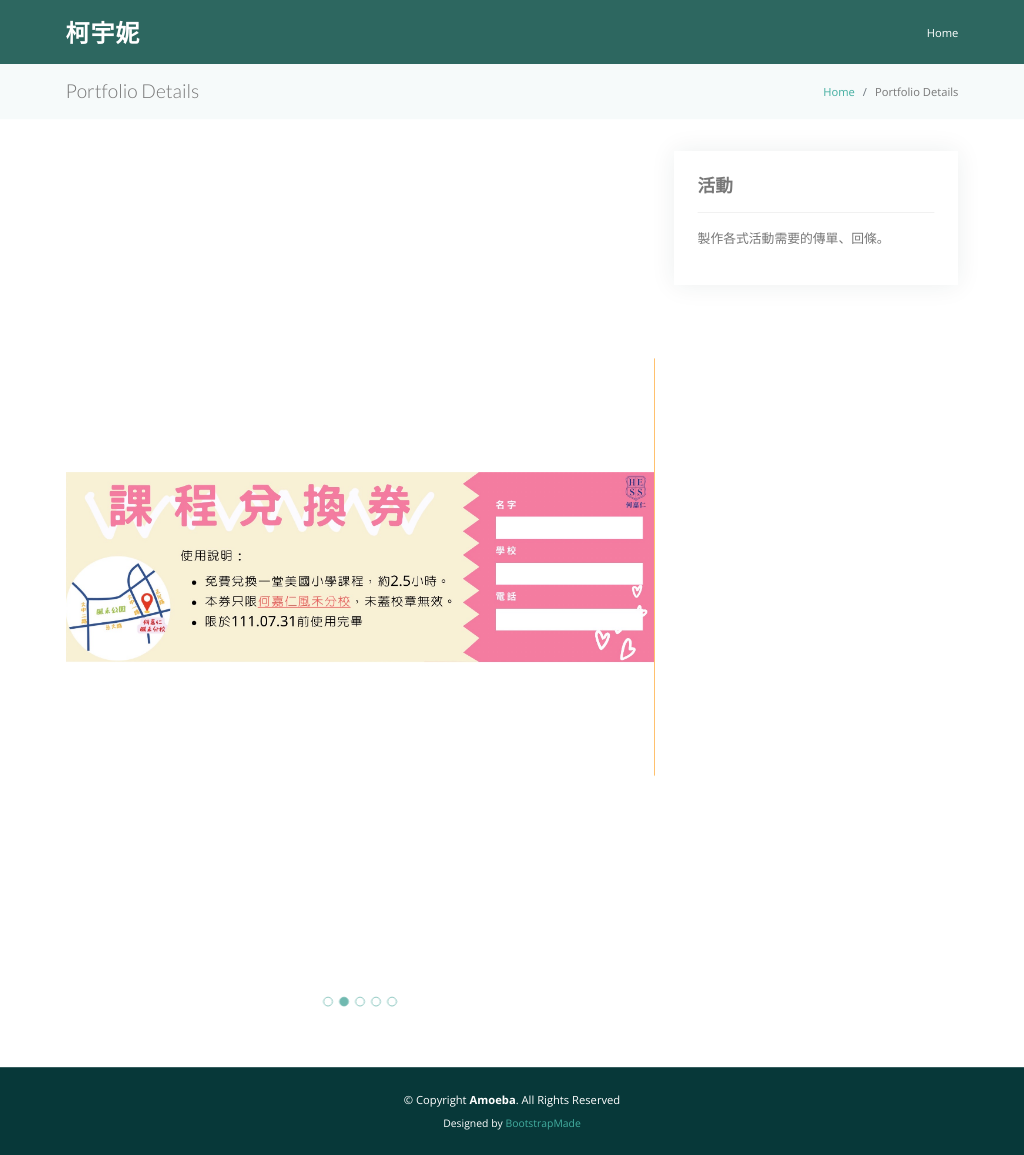
Repository: ajhddk/ajhddk.github.io
Page: portfolio-details-A.html
The author's editor kept a copy of each file at every save. The page is drawn from the files as they stood at one save, then again after the next save.
The browser window is 1280 px wide. The pictures show the whole page, at 80% of full size.

Above is the page before, as saved 2022-07-17 22:45:00.

After the next save:
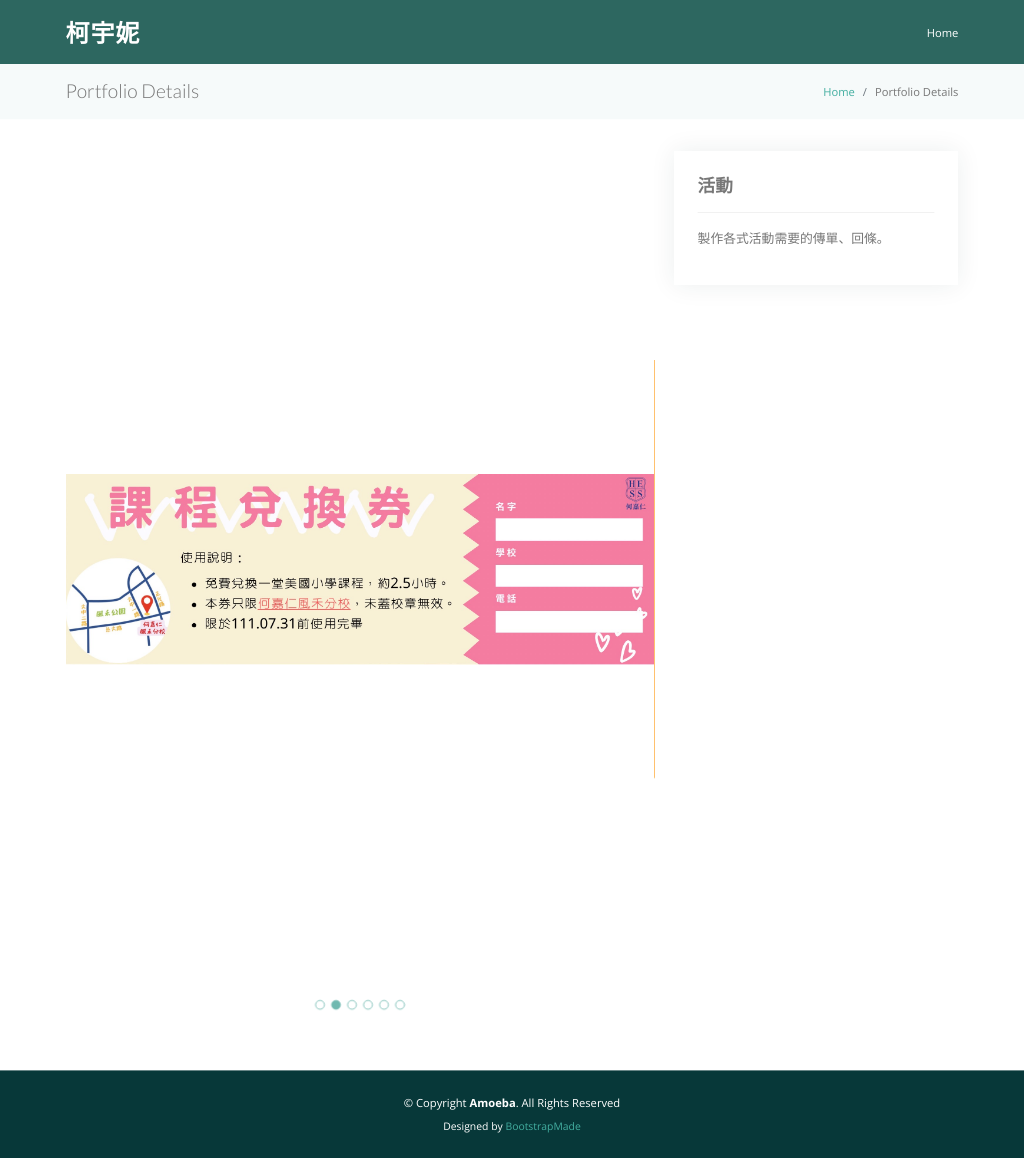
Saved 2 min 43 s later.
--- a/portfolio-details-A.html
+++ b/portfolio-details-A.html
@@ -103,6 +103,10 @@
                   <img src="assets/img/portfolio/DM/S__3741362.jpg" alt="">
                 </div>
 
+                <div class="swiper-slide">
+                  <img src="assets/img/portfolio/DM/S__3741367.jpg" alt="">
+                </div>
+
 
 
               </div>
